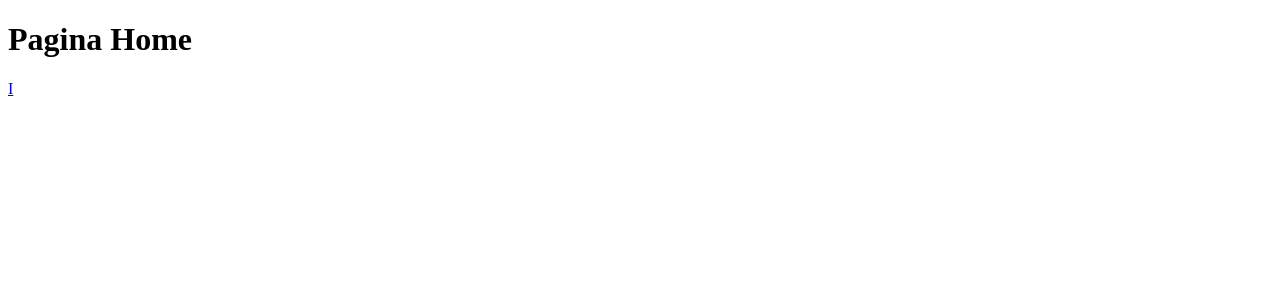
Repository: Rodrigo285/site-de-vendas
Page: index.html
These files come from the project's save history. The page is drawn as it stood at one moment and after a run of saves; the edit follows.
The browser window is 1280 px wide. The pictures show the whole page.

Above is the page before, as saved 2024-09-20 23:06:02.

### index.html
<!DOCTYPE html>
<html lang="en">
<head>
    <meta charset="UTF-8">
    <meta name="viewport" content="width=device-width, initial-scale=1.0">
    <title>Document</title>
</head>
<body>
    <h1>Pagina Home</h1>
    <a href="vendas.html">I</a>
</body>
</html>

After the next 2 saves:
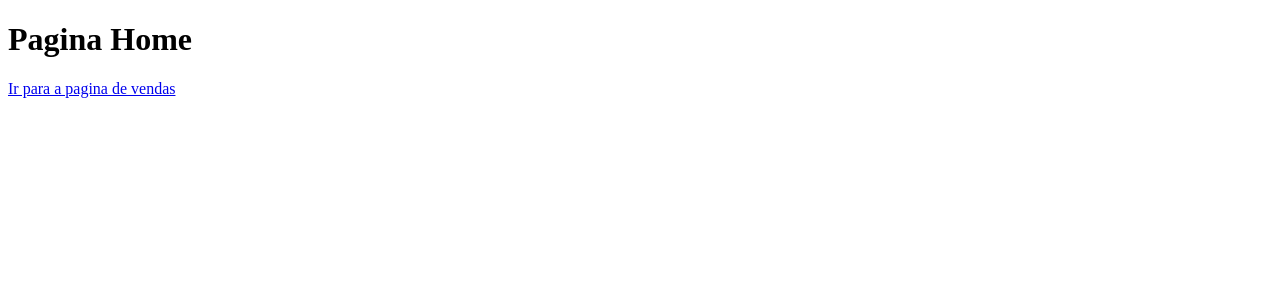
The 2 saves are shown as one change because they came seconds apart.
The last was saved 12 s later.
--- a/index.html
+++ b/index.html
@@ -7,6 +7,6 @@
 </head>
 <body>
     <h1>Pagina Home</h1>
-    <a href="vendas.html">I</a>
+    <a href="vendas.html">Ir para a pagina de vendas</a>
 </body>
 </html>
